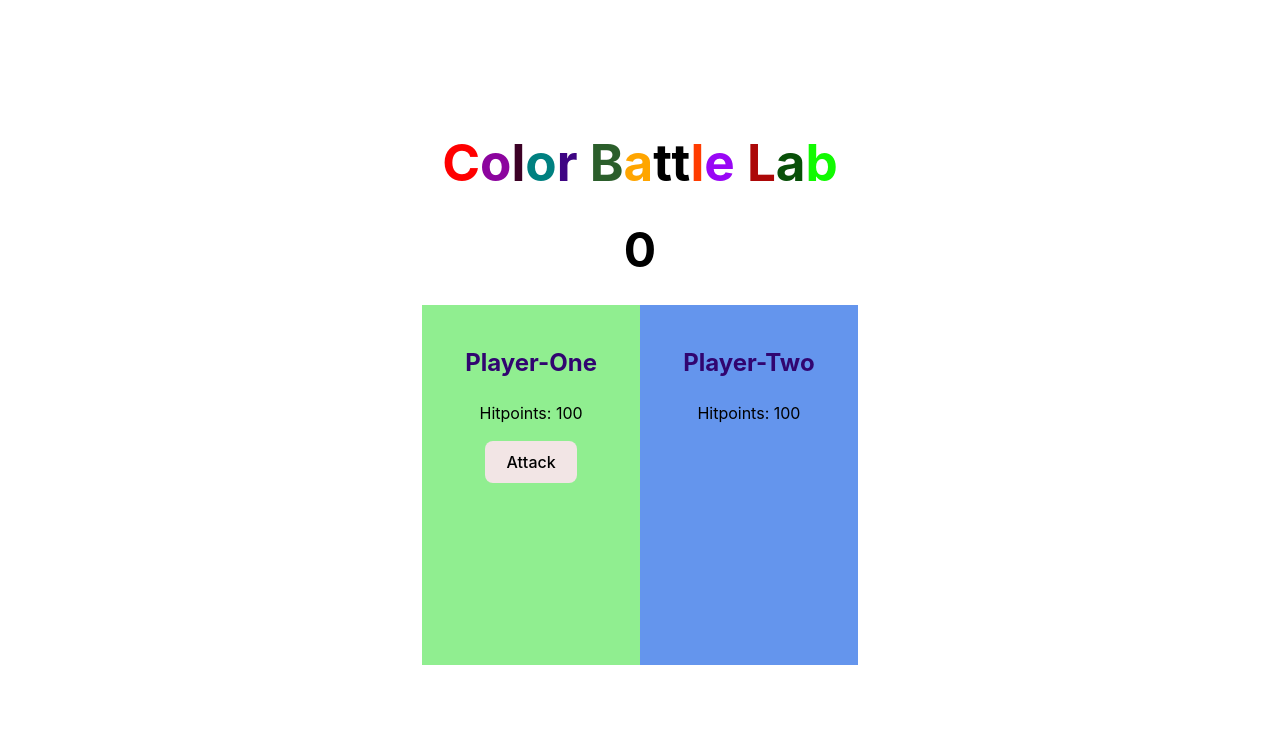
Repository: RAWdevX21/color-battle_lab-build
Page: /
An editor plug-in stored every save of this project. The page is shown before and after the next save, followed by the edit.
The browser window is 1280 px wide. The pictures show the whole page.
The project was rebuilt for these pictures with package versions that can differ from the ones it lists, and the page was loaded fresh each time. Also part of the build but not shown: vite.config.js.

Above is the page before, as saved 2023-08-17 05:38:59.

### index.html
<!doctype html>
<html lang="en">
  <head>
    <meta charset="UTF-8" />
    <link rel="icon" type="image/svg+xml" href="/vite.svg" />
    <meta name="viewport" content="width=device-width, initial-scale=1.0" />
    <title>Color Battle</title>
  </head>
  <body>
    <div id="root"></div>
    <script type="module" src="/src/main.jsx"></script>
  </body>
</html>

### src/App.jsx
import { useState } from "react";
import GameBanner from "./Components/GameBanner";
import Player from "./Components/PlayerInfo";
import "./App.css";

export default function App() {

  const [player1, setPlayer1] = useState({
    name: "Player-One",
    color: "lightgreen",
    hitpoints: 100,
    turn: true
  });

  const [player2, setPlayer2] = useState({
    name: "Player-Two",
    color: "cornflowerblue",
    hitpoints: 100,
    turn: false
  });

  const [dice, setDice] = useState(0);

  const handleAttack = (attacker, defender, setAttacker, setDefender) => {
    const damage = Math.floor(Math.random() * 6) + 1;
    setDice(damage);

    const updatedDefender = {
      ...defender,
      hitpoints: defender.hitpoints - damage
    };
    const updatedAttacker = { ...attacker, turn: false };

    setDefender(updatedDefender);
    setAttacker(updatedAttacker);

    // Switch turns
    if (attacker === player1) {
      setPlayer2({ ...player2, turn: true });
    } else {
      setPlayer1({ ...player1, turn: true });
    }


    if (updatedDefender.hitpoints <= 0) {
      alert(`${attacker.name} wins!`);
    }
  };

  return (
    <div className="game-board">
      <GameBanner damagePoints={dice} />

      <div className="players-container">
        <div className="player-wrapper">
          <Player
            player={player1}
            onAttack={() =>
              handleAttack(player1, player2, setPlayer1, setPlayer2)
            }
          />
        </div>
        <div className="player-wrapper">
          <Player
            player={player2}
            onAttack={() =>
              handleAttack(player2, player1, setPlayer2, setPlayer1)
            }
          />
        </div>
      </div>
    </div>
  );
}

### src/index.css
:root {
  font-family: Inter, system-ui, Avenir, Helvetica, Arial, sans-serif;
  line-height: 1.5;
  font-weight: 400;

  color-scheme: light dark;
  background-color: #242424;

}

body {
  margin: 0;
  display: flex;
  place-items: center;
  min-width: 320px;
  min-height: 100vh;
}

h1 {
  font-size: 3.2em;
  line-height: 1.1;
}

button {
  border-radius: 8px;
  border: 1px solid transparent;
  padding: 0.6em 1.2em;
  font-size: 1em;
  font-weight: 500;
  font-family: inherit;
  background-color: #1a1a1a;
  cursor: pointer;
  transition: border-color 0.25s;
}
button:hover {
  border-color: #646cff;
}
button:focus,
button:focus-visible {
  outline: 4px auto -webkit-focus-ring-color;
}

@media (prefers-color-scheme: light) {
  :root {
    background-color: #ffffff;
  }

  button {
    background-color: #ffffff;
  }
}

### src/Components/GameBanner.jsx
import './GameBanner.css';
import Die from "./Die";

const GameBanner = ({ damagePoints }) => {
    return (
      <div className="banner">
        <h1>
          <span className="banner--c">C</span>
          <span className="banner--o">o</span>
          <span className="banner--l">l</span>
          <span className="banner--o2">o</span>
          <span className="banner--r">r</span>
          &nbsp;
          <span className="banner--b">B</span>
          <span className="banner--a">a</span>
          <span className="banner--t">t</span>
          <span className="banner--t">t</span>
          <span className="banner--l2">l</span>
          <span className="banner--e">e</span>
          &nbsp;
          <span className="banner--l3">L</span>
          <span className="banner--a2">a</span>
          <span className="banner--b2">b</span>
        </h1>
        <div className="damage-points">
          <Die value={damagePoints} />
        </div>
      </div>
    );
}

export default GameBanner;

### src/Components/PlayerInfo.jsx
import "./PlayerInfo.css";

const Player = ({ player, onAttack }) => {
  return (
    <div className="player" style={{ backgroundColor: player.color }}>
      <h2>{player.name}</h2>
      <p>Hitpoints: {player.hitpoints}</p>
      {player.turn && (
        <button className="attack-button" onClick={onAttack}>
          Attack
        </button>
      )}
    </div>
  );
};

export default Player;

### src/App.css
#root {
  margin: 0 auto;
  padding: 5rem;
  text-align: center;
}

h2 {
  color: rgb(49, 5, 112);
}

.players-container {
  display: flex;
  align-items: stretch;
}

.player-wrapper {
  flex: 1;
  height: 50vh !important;
  min-height: 50vh !important;
  box-sizing: border-box;
  overflow: hidden !important;
}

### src/Components/GameBanner.css
.banner {
    text-align: center;
    padding: 20px;
    background-color: #ffffff;
    color: black;
}

.damage-points {
    margin-top: 10px;
    font-size: 6rem;
}

.banner h1 span.banner--c { color: red; }
.banner h1 span.banner--o { color: rgb(140, 4, 158); }
.banner h1 span.banner--l { color: rgb(60, 1, 38); }
.banner h1 span.banner--o2 { color: teal; }
.banner h1 span.banner--r { color: rgb(62, 5, 131); }
.banner h1 span.banner--b { color: rgb(43, 94, 43); }
.banner h1 span.banner--a { color: orange; }
.banner h1 span.banner--t { color: black; }
.banner h1 span.banner--l2 { color: rgb(255, 60, 0); }
.banner h1 span.banner--e { color: rgb(153, 7, 245); }
.banner h1 span.banner--l3 { color: rgb(172, 8, 8); }
.banner h1 span.banner--a2 { color: rgb(8, 80, 8); }
.banner h1 span.banner--b2 { color: rgb(17, 250, 1); }

### src/Components/Die.jsx
import "./Die.css";

const Die = ({ value }) => {
  return <div className="die-container">{value}</div>;
};

export default Die;

### src/Components/PlayerInfo.css
div.player {
    height: 30rem;
    overflow: hidden;
}

.player {
    padding: 20px;
    box-sizing: border-box;
    background-color: #f5f5f5;
}

.attack-button {
    padding: 10px 20px;
    background-color: rgb(242, 229, 229);
    color: black;
    cursor: pointer;
}

### src/Components/Die.css
.die {
    text-align: center;
    font-size: 20px;
    margin-top: 20px;
}

.die-container {
    width: 50px;
    height: 50px;
    /* border: 2px solid black; */
    /* border-radius: 8px; */
    display: flex;
    align-items: center;
    justify-content: center;
    font-size: 3rem;
    font-weight: bold;
    margin: 10px auto;
}

Loaded but not shown: src/main.jsx (common file)

After the next save:
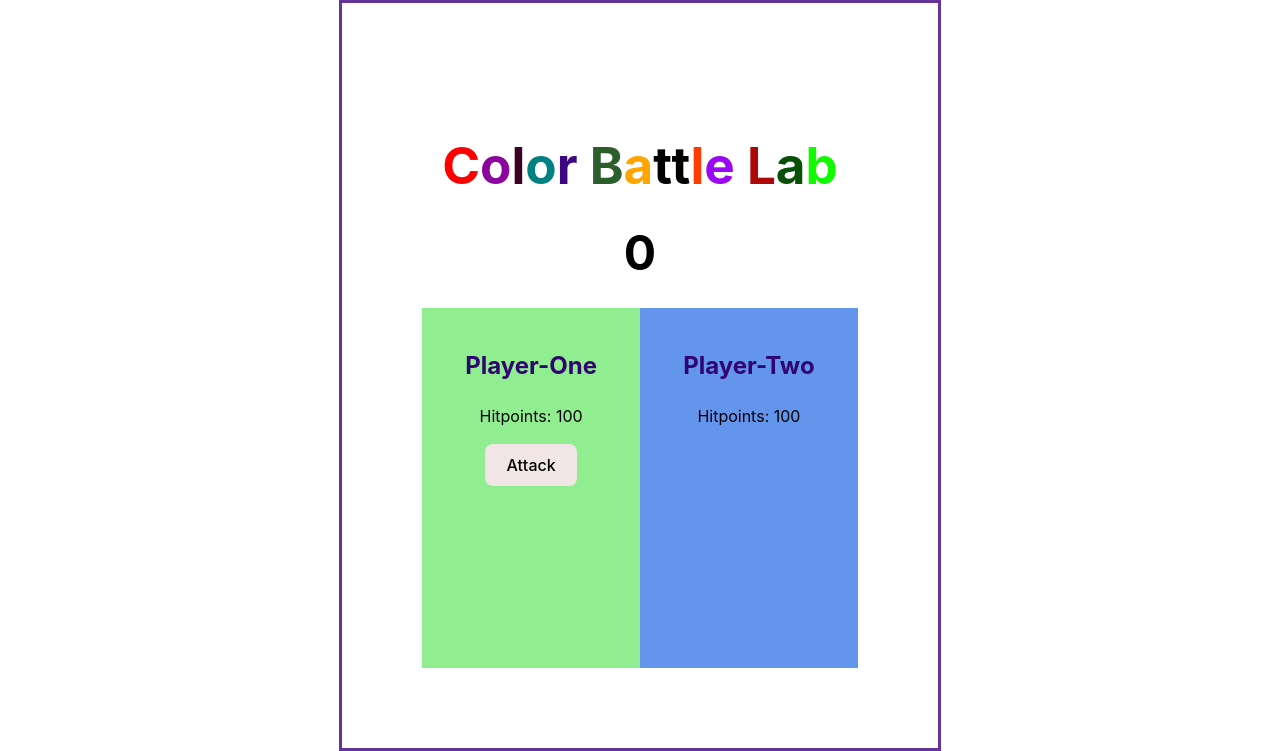
Saved 46 s later.
--- a/src/App.css
+++ b/src/App.css
@@ -2,6 +2,7 @@
   margin: 0 auto;
   padding: 5rem;
   text-align: center;
+  border: 3px solid rebeccapurple;
 }
 
 h2 {
